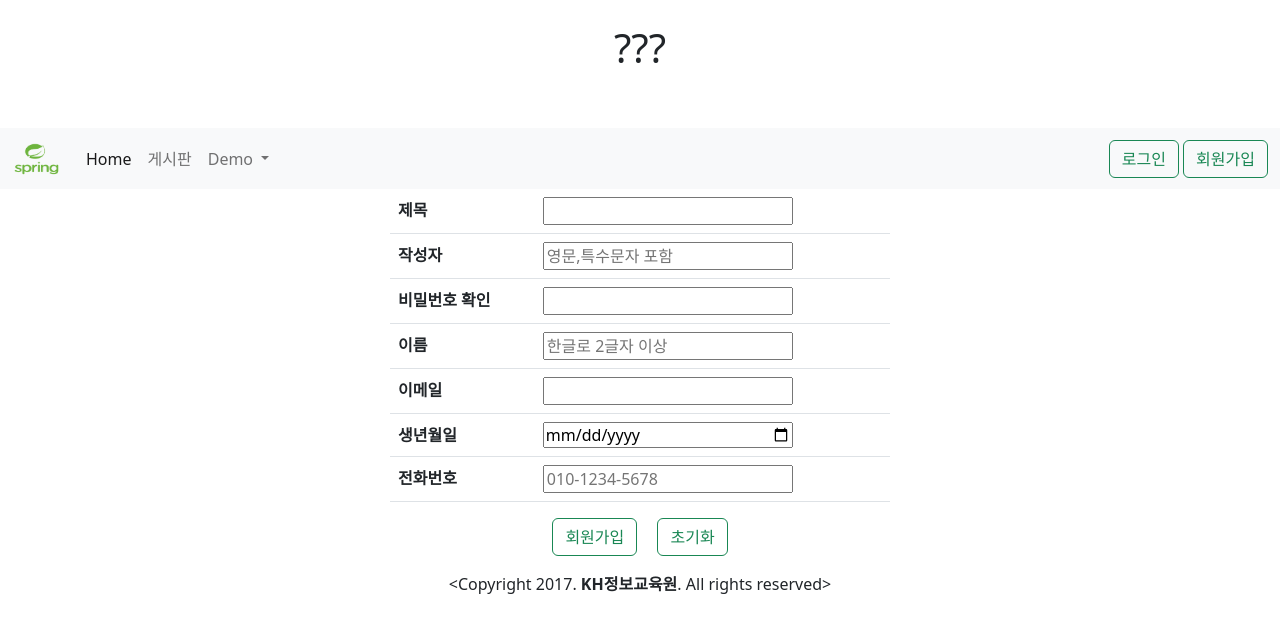
Repository: yerimeee/06_springWork
Page: http://localhost/springProject/WEB-INF/views/board/boardForm.jsp
An editor plug-in stored every save of this project. The page is shown before and after the next save, followed by the edit.
The browser window is 1280 px wide. The pictures show the whole page.
The page is served by Tomcat 9. Nobody is signed in. Other server files are loaded and not shown. The template is opened directly, without the code that normally fills it, so the values that code supplies are empty.

Above is the page before, as saved 2023-06-19 01:12:31.
Console error: TypeError: Cannot read properties of null (reading 'addEventListener')

### springProject/src/main/webapp/WEB-INF/views/board/boardForm.jsp
<%@ page language="java" contentType="text/html; charset=UTF-8"
    pageEncoding="UTF-8"%>

<style>
	#container{width:500px; margin:auto;}
	th, td{height:30px;}
	input{width:250px;}
	.guide {display:none;}
	.ok {color:green;}
	.error {color:red;}
</style>
<jsp:include page="/WEB-INF/views/common/header.jsp">
	<jsp:param value="글쓰기" name="title"/>
</jsp:include>
	<div id="container">
		<form action="${pageContext.request.contextPath}/board/boardEnroll.bo" method="post" name="enrollfrm" enctype="multipart/form">
			<table class="table">
				<tr>
					<th scope="col">제목</th>
					<td scope="col">
						<input name="boardTitle" required>
					</td>
				</tr>
				<tr>
					<th scope="col">작성자</th>
					<td scope="col">
						<input type="password" name="userPwd" placeholder="영문,특수문자 포함" required>
					</td>
				</tr>
				<tr>
					<th scope="col">비밀번호 확인</th>
					<td scope="col">
						<input type="password" name="pwdCheck" required>
					</td>
				</tr>
					<tr>
					<th scope="col">이름</th>
					<td scope="col">
						<input name="userName" placeholder="한글로 2글자 이상" required>
					</td>
				</tr>
					<tr>
					<th scope="col">이메일</th>
					<td scope="col">
						<input type="email" name="email">
					</td>
				</tr>
					<tr>
					<th scope="col">생년월일</th>
					<td scope="col">
						<input type="date" name="birthday" required>
					</td>
				</tr>
					<tr>
					<th scope="col">전화번호</th>
					<td scope="col">
						<input name="phone" placeholder="010-1234-5678">
					</td>
				</tr>
			</table>
			<button class="btn btn-outline-success" type="submit" >회원가입</button>&emsp;
			<button class="btn btn-outline-success" type="reset">초기화</button>
		</form>
	</div>
	<script type="text/javascript">
		document.querySelector("#userId").addEventListener("keyup",(e) => { //문서가 올라오면 바로 실행
			const ok = document.querySelector(".ok"); //클래스 이름이 ok인 것
			const error = document.querySelector(".error");
			const userId = e.target;

			if(userId.value.length < 4) {
				ok.style.display = "none";
				error.style.display = "none";
				return;
			}

			$.ajax({
				url : "${pageContext.request.contextPath}/member/checkId.do",
				data : {userId : userId.value},
				dataType : "json",
				success(result) {
					console.log(result);
					const {userId, available} = result; //언팩킹: 각각의 변수에 담아주는 것()

					if(available) {
						ok.style.display = "inline";
						error.style.display = "none";
					} else {
						ok.style.display = "none";
						error.style.display = "inline";
					}
				},
				error : console.log
			});
		});
	</script>
<jsp:include page="/WEB-INF/views/common/footer.jsp" />

### springProject/src/main/webapp/WEB-INF/views/common/header.jsp
<%@ page language="java" contentType="text/html; charset=UTF-8"
    pageEncoding="UTF-8"%>
<%@ taglib prefix="c" uri="http://java.sun.com/jsp/jstl/core" %>
<%@ taglib prefix="fmt" uri="http://java.sun.com/jsp/jstl/fmt" %>
<%@ taglib prefix="fn" uri="http://java.sun.com/jsp/jstl/functions" %>
<!DOCTYPE html>
<html>
<head>
<meta charset="UTF-8">

<title>${param.title }</title> <!-- input form은 request. 으로 받고 param으로 들어온 건 param으로 받음 -->

<script src="https://ajax.googleapis.com/ajax/libs/jquery/3.6.3/jquery.min.js"></script>
<link href="https://cdn.jsdelivr.net/npm/bootstrap@5.2.3/dist/css/bootstrap.min.css" rel="stylesheet" integrity="sha384-rbsA2VBKQhggwzxH7pPCaAqO46MgnOM80zW1RWuH61DGLwZJEdK2Kadq2F9CUG65" crossorigin="anonymous">
<link rel="stylesheet" href="${pageContext.request.contextPath}/resources/css/style.css">

<!-- DB에 저장이 잘 되었다면 alert창 띄우기 -->
<c:if test="${not empty msg }">
	<script type="text/javascript">
		alert('${msg}');
	</script>
</c:if>

</head>
<body>
	<script src="https://cdn.jsdelivr.net/npm/bootstrap@5.2.3/dist/js/bootstrap.bundle.min.js" integrity="sha384-kenU1KFdBIe4zVF0s0G1M5b4hcpxyD9F7jL+jjXkk+Q2h455rYXK/7HAuoJl+0I4" crossorigin="anonymous"></script>

	<header>
		<br>
		<h1 align="center">${param.title }</h1>
		<br><br>
		<nav class="navbar navbar-expand-lg bg-light">
		  <div class="container-fluid">
		    <a class="navbar-brand" href="#">
		    	<img src="${pageContext.request.contextPath}/resources/img/spring.png" alt="spring" width="50" height="35">
		    </a>
		    <button class="navbar-toggler" type="button" data-bs-toggle="collapse" data-bs-target="#navbarSupportedContent" aria-controls="navbarSupportedContent" aria-expanded="false" aria-label="Toggle navigation">
		      <span class="navbar-toggler-icon"></span>
		    </button>
		    <div class="collapse navbar-collapse" id="navbarSupportedContent">
		      <ul class="navbar-nav me-auto mb-2 mb-lg-0">
		        <li class="nav-item">
		          <a class="nav-link active" aria-current="page" href="${pageContext.request.contextPath }">Home</a>
		        </li>
		        <li class="nav-item">
		          <a class="nav-link" href="${pageContext.request.contextPath }/board/boardList.bo">게시판</a>
		        </li>
		        <li class="nav-item dropdown">
		          <a class="nav-link dropdown-toggle" href="#" role="button" data-bs-toggle="dropdown" aria-expanded="false">
		            Demo
		          </a>
		          <ul class="dropdown-menu">
		            <li><a class="dropdown-item" href="${pageContext.request.contextPath}/demo/devForm.do">Demo등록</a></li>
		            <li><a class="dropdown-item" href="${pageContext.request.contextPath}/demo/devList.do">Demo목록</a></li>
		          </ul>
		        </li>
		      </ul>
		      <%-- <button class="btn btn-outline-success" type="button" onclick="location.href='${pageContext.request.contextPath}/member/memberLogin.me'">로그인</button>&nbsp;--%>
		      																						<!-- 경로 이렇게 설정하면 get방식이 됨 -->

		    <!-- 로그인이 되어있지 않으면 로그인창 -->
		      <c:if test="${empty loginMember }">
		      	<button class="btn btn-outline-success" type="button"
		      		data-bs-toggle="modal" data-bs-target="#loginModal">로그인</button>&nbsp;
		      	<!-- 토글은 한 번 눌렀으면 보여지고 다시 누르면 안 보이는 기능인데 모달 창에서 버튼을 누르면 다른 모달창으로 넘어갈 수 있게 구현한 것임 -->
		      	<button class="btn btn-outline-success" type="button"
		      		onclick="location.href='${pageContext.request.contextPath}/member/memberEnroll.me'">회원가입</button>
		      	<!-- onclikc locatio.href으로 했으니 get방식이 됨 -->
		      </c:if>

		      <!-- 로그인이 되었으면 -->
		      <c:if test="${not empty loginMember }">
		      	<a href="${pageContext.request.contextPath }/member/memberDetail.me">${loginMember.userName }님 로그인 되었습니다</a>&emsp;
		      	<button class="btn btn-outline-success" type="button"
		      		onclick="location.href='${pageContext.request.contextPath}/member/memberLogout.me'">로그아웃</button>
		      </c:if>
		    </div>
		  </div>
		</nav>

		<!-- 로그인 모달창 -->
		<div class="modal" tabindex="-1" id="loginModal">
		  <div class="modal-dialog">
		    <div class="modal-content">
		      <div class="modal-header">
		        <h5 class="modal-title">로그인</h5>
		        <button type="button" class="btn-close" data-bs-dismiss="modal" aria-label="Close"></button>
		      </div>

		      <form action="${pageContext.request.contextPath }/member/memberLogin.me" method="post">
			      <div class="modal-body">
					<div class="mb-3 row">
						<label for="name" class="col-sm-2 col-form-label">ID</label>
						<div class="col-sm-10">
							<input type="text" class="form-control" name="userId" required>
						</div>
					</div>
						<div class="mb-3 row">
							<label for="career" class="col-sm-2 col-form-label">PW</label>
							<div class="col-sm-10">
								<input type="password" class="form-control" name="userPwd" required>
							</div>
						</div>
			      </div>

		      <div class="modal-footer">
		        <button type="button" class="btn btn-secondary" data-bs-dismiss="modal">닫기</button>
		        <button type="submit" class="btn btn-primary" data-bs-dismiss="modal">로그인</button>
		      </div>
		      </form>
		    </div>
		  </div>
		</div>
	</header>
	<section>

</body>
</html>

### springProject/src/main/webapp/WEB-INF/views/common/footer.jsp
<%@ page language="java" contentType="text/html; charset=UTF-8"
    pageEncoding="UTF-8"%>

	</section>
	<footer>
		<p>&lt;Copyright 2017. <strong>KH정보교육원</strong>. All rights reserved&gt;</p>
	</footer>

	</body>
</html>

### springProject/src/main/webapp/resources/css/style.css
@charset "UTF-8";

h1 {text-align:center;}
section {text-align:center;}
footer {text-align:center;}

After the next save:
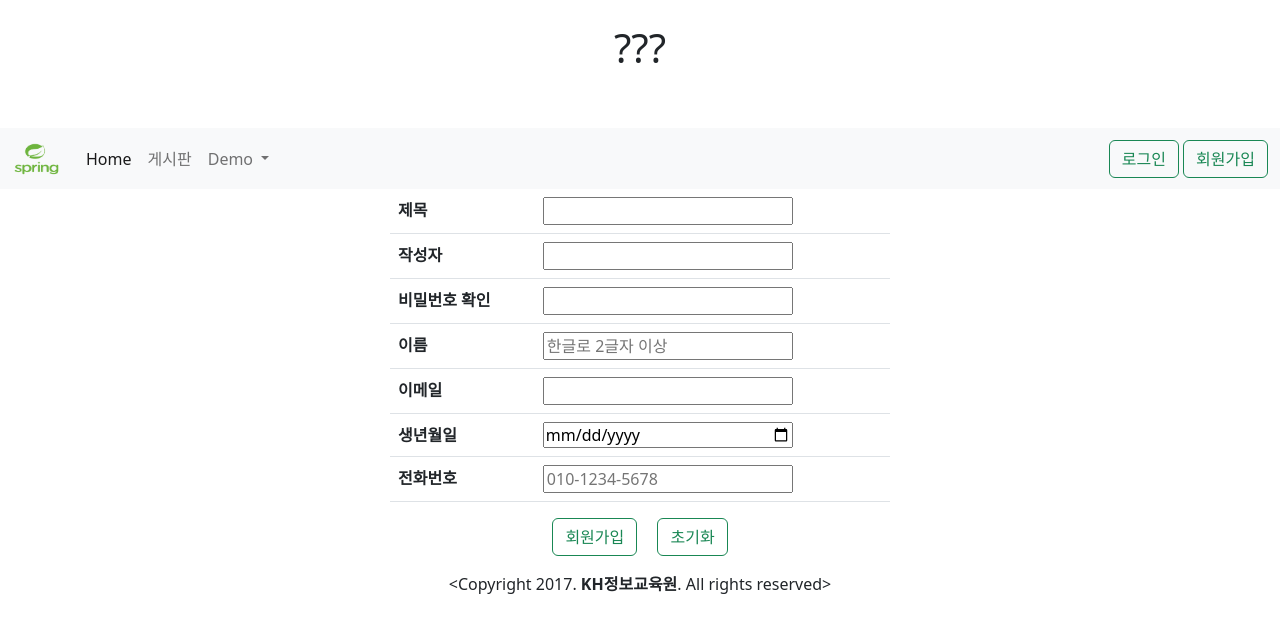
Saved 17 s later.
--- a/springProject/src/main/webapp/WEB-INF/views/board/boardForm.jsp
+++ b/springProject/src/main/webapp/WEB-INF/views/board/boardForm.jsp
@@ -24,7 +24,7 @@
 				<tr>
 					<th scope="col">작성자</th>
 					<td scope="col">
-						<input type="password" name="userPwd" placeholder="영문,특수문자 포함" required>
+						<input name="boardWriter" required>
 					</td>
 				</tr>
 				<tr>
